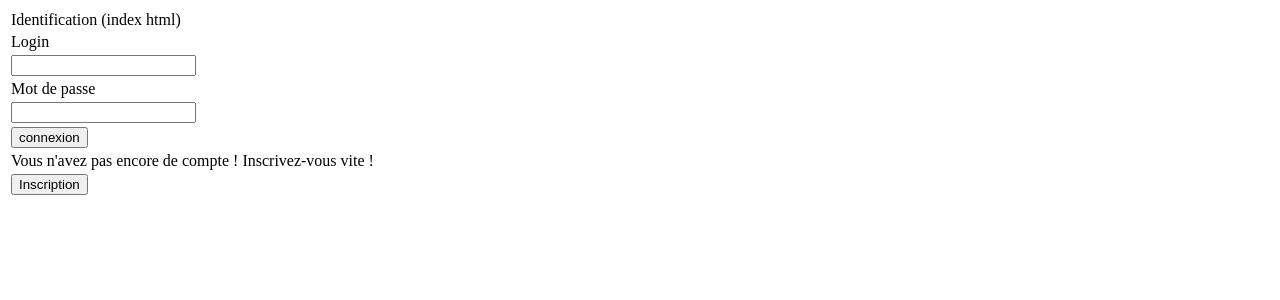
Repository: AntoAnt/WikiScolaire-
Page: InterfaceWikiScolair/WebContent/Index.html
These files come from the project's save history. The page is drawn as it stood at one moment and after the next save; the edit follows.
The browser window is 1280 px wide. The pictures show the whole page.
Some web fonts or font styles are not loaded; a fallback is used.

Above is the page before, as saved 2017-04-27 15:45:57.

### InterfaceWikiScolair/WebContent/Index.html
<!DOCTYPE html>
<html>
<head>
<meta charset="UTF-8">

<title>Formulaire User</title>
</head>
<body>
	<form method="post" action="/InterfaceWikiScolair/ControleurPrincipal?idaction=authentification">
		<table>
			<td>Identification (index html)</td>
			<tr><td>Login</td></tr>
			<tr><td><input type="text" name="CHAMP_login"/><br></td></tr>
			<tr><td>Mot de passe</td></tr>
			<tr><td><input type="password" name="CHAMP_mdp"/><br></td></tr>
			<tr><td><input type="submit" name="bouton" value="connexion" /></tr></td>
			<tr><td>Vous n'avez pas encore de compte ! Inscrivez-vous vite !</td></tr>
			<tr><td><a href = "/InterfaceWikiScolair/Inscription.jsp"><input type ="button" name="Inscription" value = "Inscription" /></a></td></tr>
		</table>
	</form>
</body>
</html>

### InterfaceWikiScolair/WebContent/style.css
body{
	font-family: 'Impact', serif;
	color: black;
}

.superpose {
   position: absolute;
   top: 0px;
   left: 15px;
   height: 132px;
}

.bar{
    background-color: #4992FF;
    padding: 25px;
}

.dropdown{
	margin-left: 50%;
}

.doc{
	margin:25px;
	padding: 25px;
	border-style: solid;
	border-color: #D8D8D8;
	border-radius: 10px;
	border-width: 2px;
}

a:hover {
	color: black;
	background-color: black;
}

.nav > li > a:hover {
  background-color: #4992FF;
}

@media screen and (max-width: 768px){
	.nonemin{
		display: none;
	}
}
@media screen and (min-width: 768px){
	.nonemax{
		display: none;
	}
}

Loaded but not shown: InterfaceWikiScolair/WebContent/bootstrap-3.3.7-dist/css/bootstrap.min.css (library); InterfaceWikiScolair/WebContent/font-awesome-4.6.3/css/font-awesome.min.css (library)

After the next save:
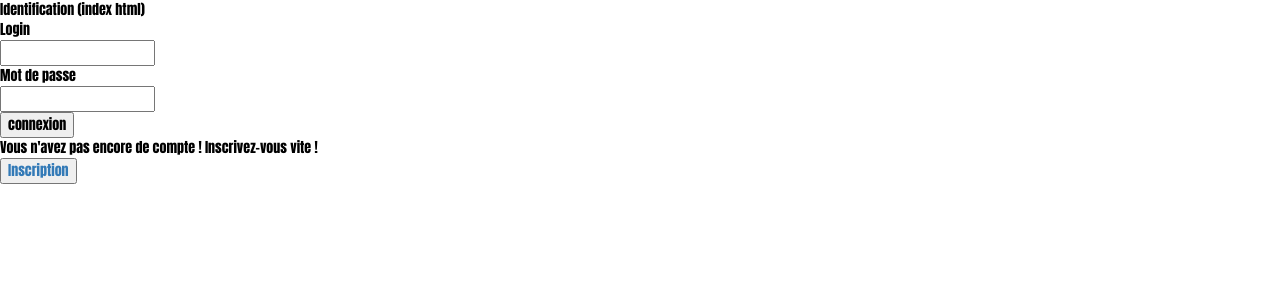
Saved 10 min 10 s later.
--- a/InterfaceWikiScolair/WebContent/Index.html
+++ b/InterfaceWikiScolair/WebContent/Index.html
@@ -1,8 +1,13 @@
 <!DOCTYPE html>
 <html>
 <head>
-<meta charset="UTF-8">
-
+    <meta charset="utf-8">
+    <meta http-equiv="X-UA-Compatible" content="IE=edge">
+    <meta name="viewport" content="width=device-width, initial-scale=1.0">
+    <link href="bootstrap-3.3.7-dist/css/bootstrap.min.css" rel="stylesheet">
+    <link rel="stylesheet" href="font-awesome-4.6.3/css/font-awesome.min.css">
+    <link href="https://fonts.googleapis.com/css?family=Crimson+Text" rel="stylesheet">
+    <link href="style.css" rel="stylesheet">
 <title>Formulaire User</title>
 </head>
 <body>
